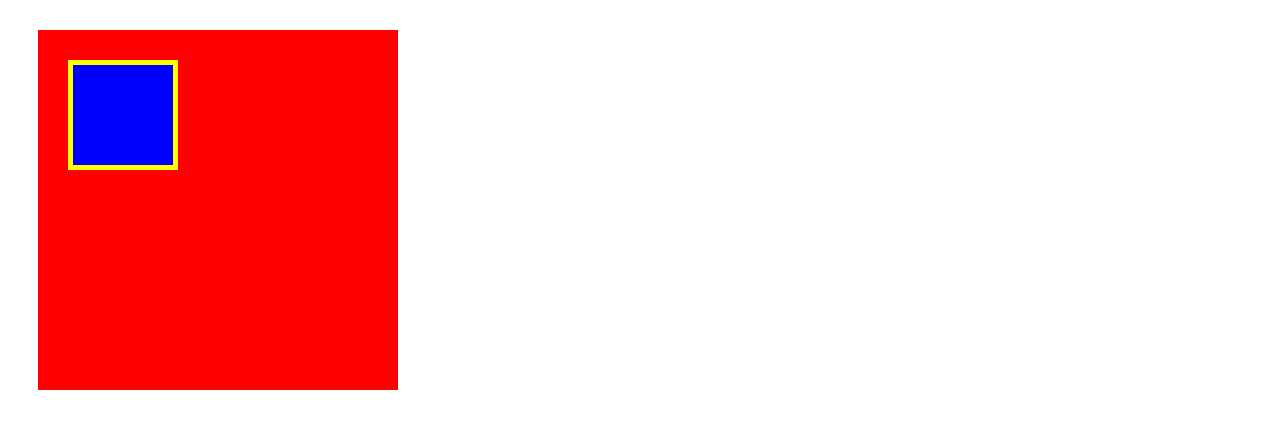
Repository: trmtmy/debug2
Page: box/box.html
The author's editor kept a record of every edit. The page is drawn from the files as they stood at one moment, then again after the next edit.
The browser window is 1280 px wide. The pictures show the whole page.

Above is the page before.

### box/box.html
<!DOCTYPE html>
<html lang="ja">
  <head>
    <meta charset="UTF-8" />
    <link rel="stylesheet" href="box.css" />
    <title>BOX</title>
  </head>

  <body>
    <!-- box1用のdiv -->
    <div class="box1">
      <div class="box2"></div>
    </div>
  </body>
</html>

### box/box.css
.box1 {
  width: 300px;
  height: 300px;
  background-color: #ff0000;
  margin: 30px;
  padding: 30px;
}


.box2 {
  width: 100px;
  height: 100px;
  background-color: blue;
   border: 5px solid yellow;

}

After the next edit:
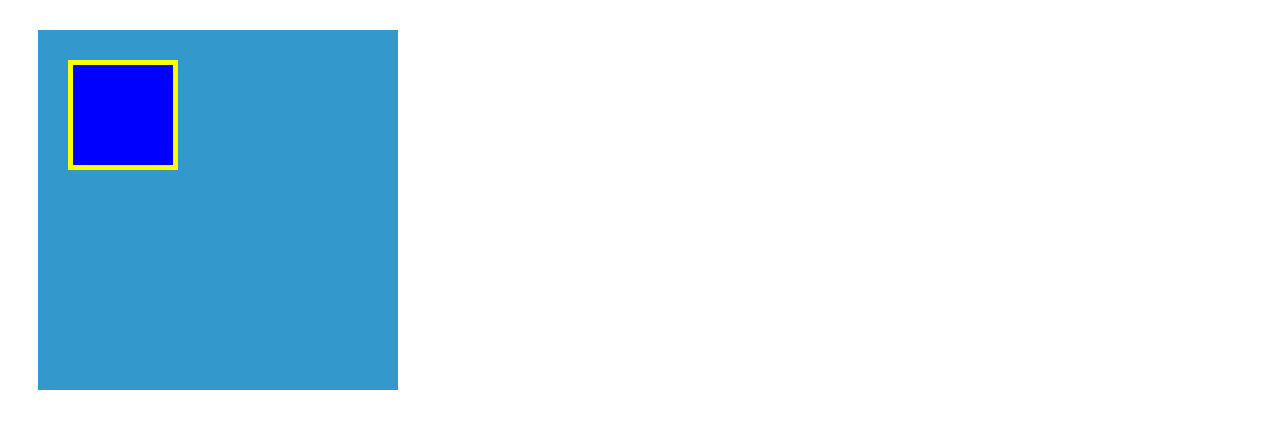
The edit:
--- a/box/box.css
+++ b/box/box.css
@@ -1,7 +1,7 @@
 .box1 {
   width: 300px;
   height: 300px;
-  background-color: #ff0000;
+  background-color: #3399cc;
   margin: 30px;
   padding: 30px;
 }
